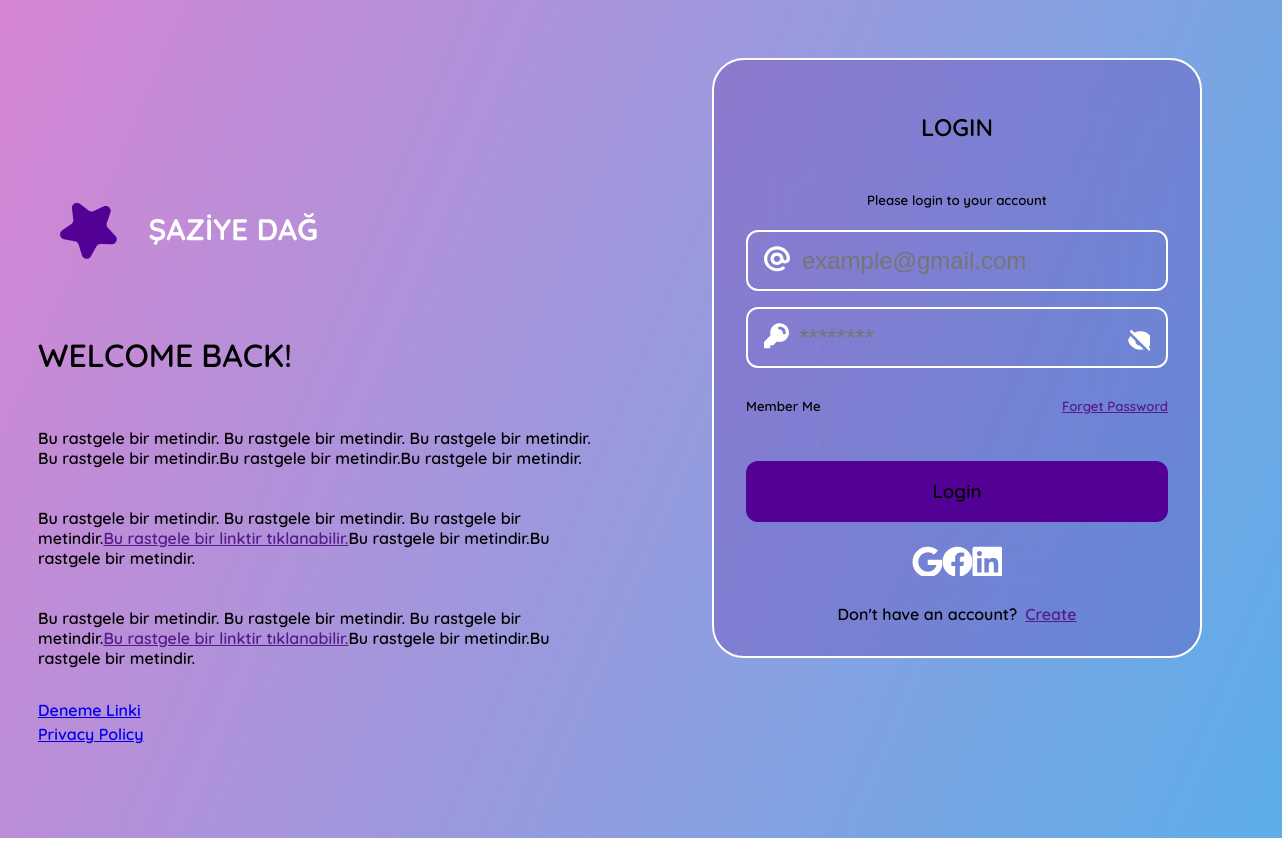
Repository: szydag/login
Page: /
These files come from the project's save history. The page is drawn as it stood at one moment and after the next save; the edit follows.
The browser window is 1280 px wide. The page is 1282 px wide, so the pictures cover 1282 px, including what lies to the right of the window. The pictures show the whole page.
The project was rebuilt for these pictures with package versions that can differ from the ones it lists, and the page was loaded fresh each time. Also part of the build but not shown: src/assets/svgr/unhiddenIcon/index.js.

Above is the page before, as saved 2023-11-02 00:10:26.

After the next save:
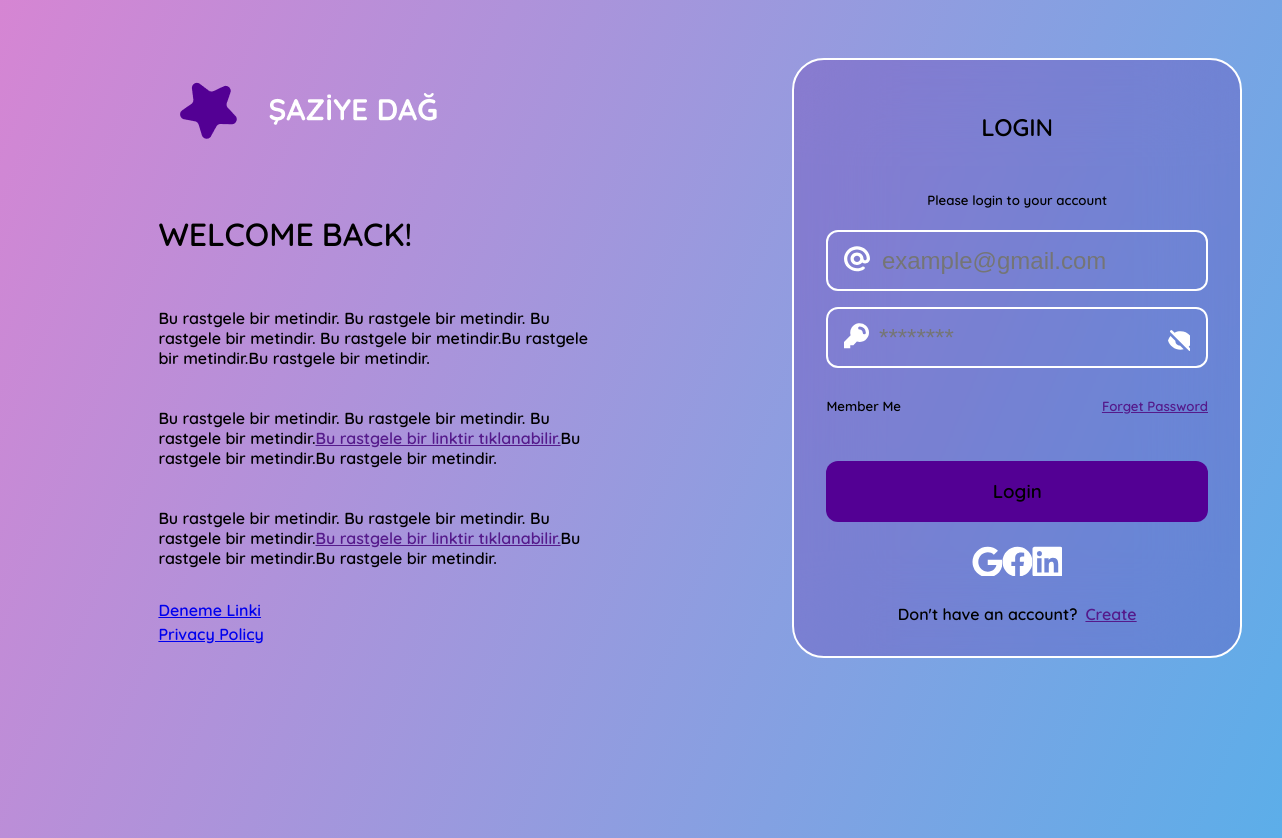
Saved 10 s later.
--- a/src/app/pages/login/style.js
+++ b/src/app/pages/login/style.js
@@ -47,7 +47,7 @@ const useStyles = createUseStyles({
         flexDirection: 'column',
         justifyContent: 'center',
         alignItems: 'center',
-        padding: '10% 0',
+        padding: '0 10%',
     },
     promotionTexts: {
         display: 'flex',
